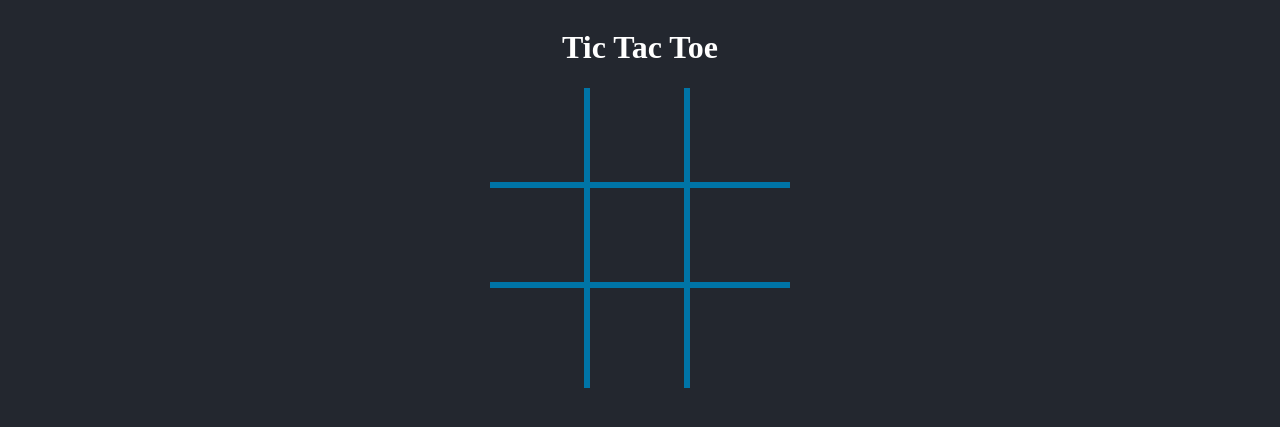
Repository: rts-cmk/tic-tac-toe-Malak-003
Page: /
These files come from the project's save history. The page is drawn as it stood at one moment and after the next save; the edit follows.
The browser window is 1280 px wide. The pictures show the whole page.
The project was rebuilt for these pictures with package versions that can differ from the ones it lists, and the page was loaded fresh each time. Also part of the build but not shown: vite.config.js. Imported but missing from the stored project, and not drawn on this page: src/sounds/click.wav, src/sounds/game_over.wav, src/components/sounds/click.mov, src/components/sounds/game_over.wav.

Above is the page before, as saved 2025-11-04 13:02:47.

After the next save:
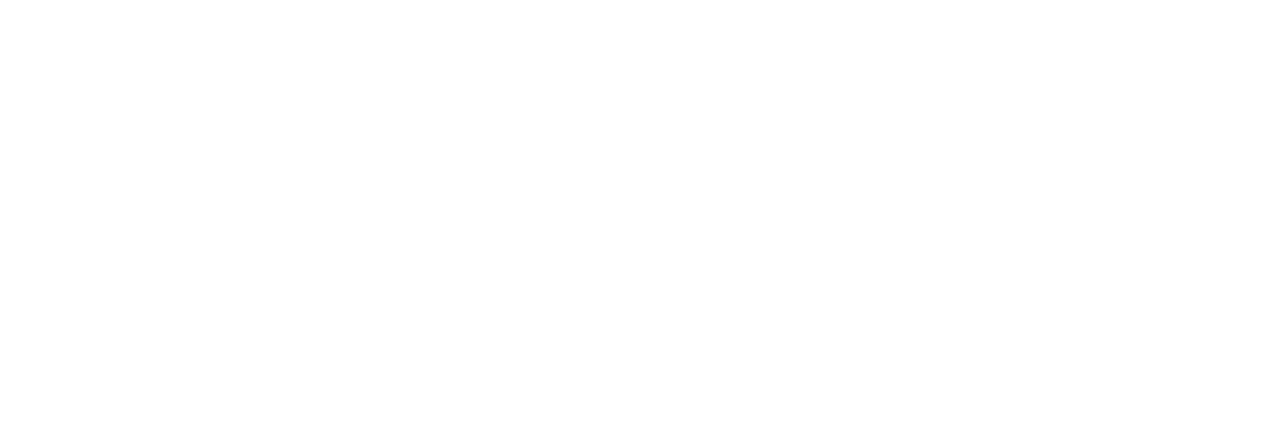
Console error: ReferenceError: gameOverSoundAsset is not defined
Saved 31 min 36 s later.
--- a/src/components/TicTacToe.jsx
+++ b/src/components/TicTacToe.jsx
@@ -3,7 +3,6 @@
 import GameOver from "./GameOver"
 import GameState from "./GameState"
 import Reset from "./Reset"
-import gameOverSoundAsset from "../sounds/game_over.wav"
 import clickSoundAsset from "../sounds/click.wav"
 
 const gameOverSound = new Audio(gameOverSoundAsset)

After the 2 saves that followed:
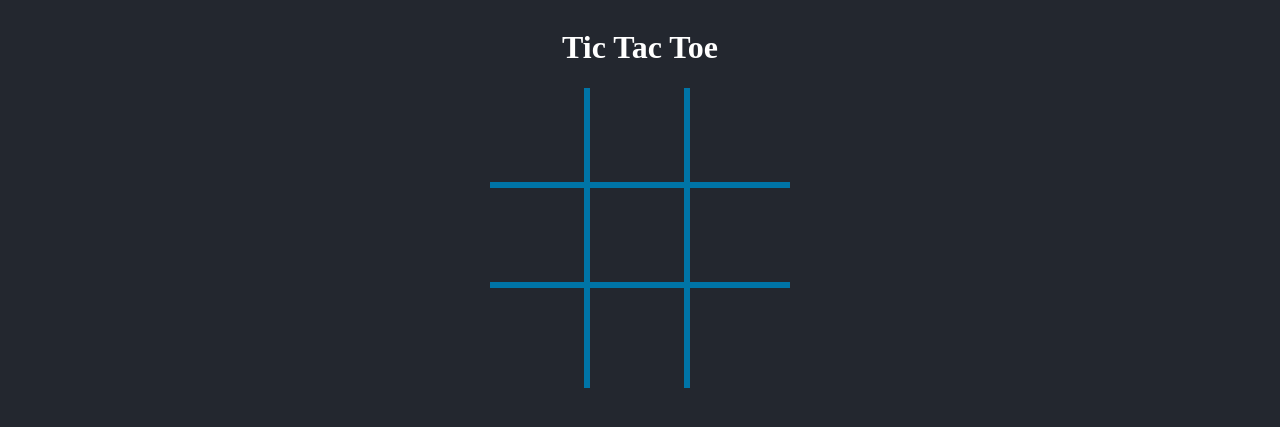
The error is gone.
The 2 saves are shown as one change because 1 left the picture as it was.
The last was saved 54 s later.
--- a/src/components/TicTacToe.jsx
+++ b/src/components/TicTacToe.jsx
@@ -3,7 +3,8 @@
 import GameOver from "./GameOver"
 import GameState from "./GameState"
 import Reset from "./Reset"
-import clickSoundAsset from "../sounds/click.wav"
+import gameOverSoundAsset from "./sounds/game_over.wav"
+import clickSoundAsset from "./sounds/click.mov"
 
 const gameOverSound = new Audio(gameOverSoundAsset)
 gameOverSound.volume = 0.2
